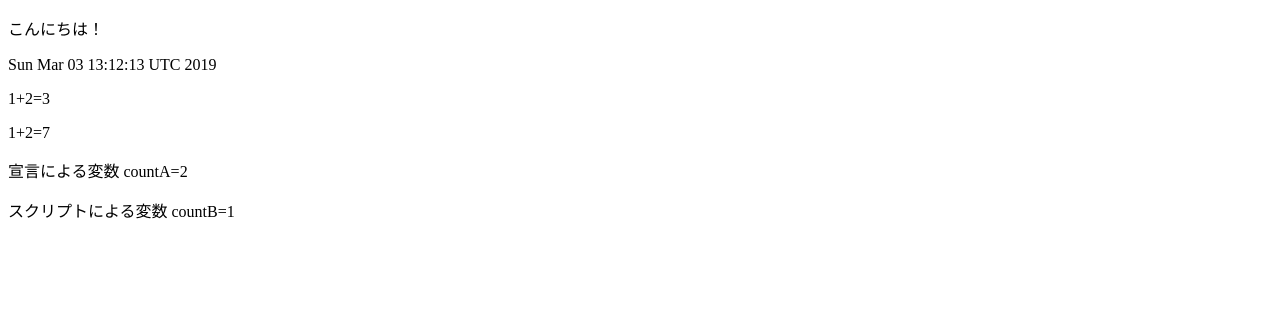
Repository: otake-natsumi/re_test
Page: http://localhost/HelloJSP/
The author's editor kept a copy of each file at every save. The page is drawn from the files as they stood at one save, then again after the next save.
The browser window is 1280 px wide. The pictures show the whole page.
The page is served by Tomcat 9.

Above is the page before, as saved 2019-03-03 13:24:59.

### HelloJSP/WebContent/index.jsp
<%@ page language="java" contentType="text/html; charset=UTF-8" pageEncoding="UTF-8"%>
<!DOCTYPE html>
<html>
<head>
	<meta charset="UTF-8">
	<title>TEST</title>
</head>
<body>

<p>こんにちは！</p>
<% out.println(new java.util.Date()); %>

<%!
	static int add(int a, int b){
		return a+b;
	}
%>
<p>1+2=<%=add(1,2) %></p>
<p>1+2=<%=add(3,4) %></p>

<%! static int countA=1; %>
<%
	int countB=0;
	countA++;
	countB++;
%>
<p>宣言による変数 countA=<%=countA %></p>
<p>スクリプトによる変数 countB=<%=countB %></p>

</body>
</html>

After the next save:
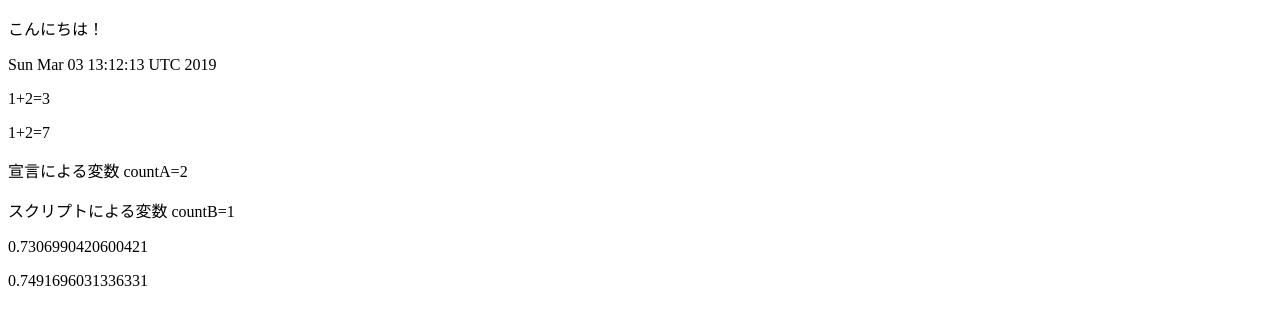
Saved 74 s later.
--- a/HelloJSP/WebContent/index.jsp
+++ b/HelloJSP/WebContent/index.jsp
@@ -27,5 +27,7 @@
 <p>宣言による変数 countA=<%=countA %></p>
 <p>スクリプトによる変数 countB=<%=countB %></p>
 
+<p><% out.println(Math.random()); %></p>
+<p><%=Math.random() %></p>
 </body>
 </html>
